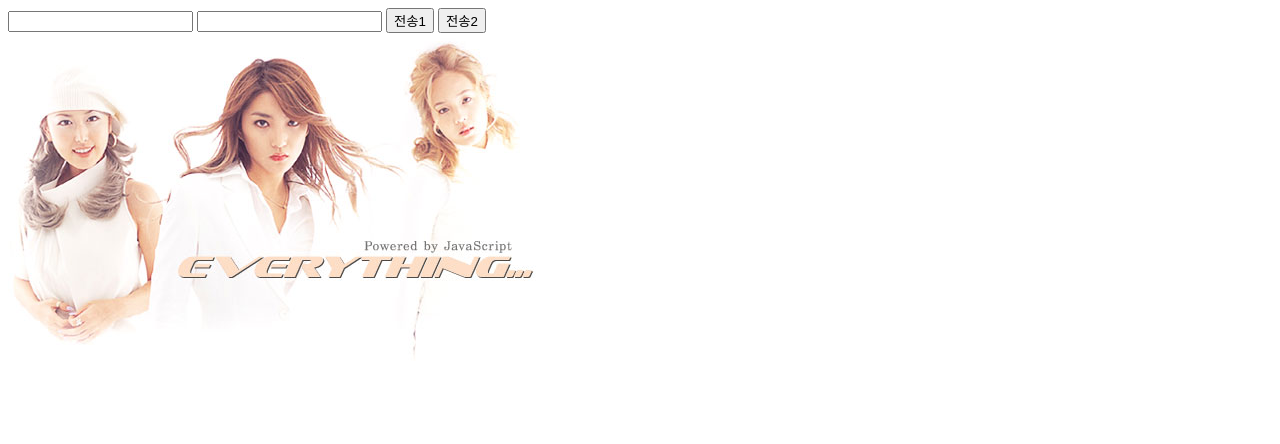
Repository: sonic247897/multicampus-web
Page: clientweb/WebContent/js_bom/js_event_test.html
These files come from the project's save history. The page is drawn as it stood at one moment and after the next save; the edit follows.
The browser window is 1280 px wide. The pictures show the whole page.

Above is the page before, as saved 2020-01-09 05:43:01.

### clientweb/WebContent/js_bom/js_event_test.html
<!DOCTYPE html>
<html>
<head>
	<meta charset="EUC-KR">
	<title>Insert title here</title>
	<script type="text/javascript">
		function calc(){
			num1 = parseInt(myform.num1.value); //getter
			myform.num2.value = num1 *1.2; 	//setter
		}
		function formexe(workingform){

		}
	</script>
</head>
<body onload="alert('페이지로딩')">
	<!-- submit버튼은 form에 한개밖에 못 만든다! -->
	<!-- submit버튼은 action의 백엔드 어플리케이션을 실행하면서 입력한 name value 모두를 서버로 전송한다. -->
	<form name="myform" action="test.jsp">
		<!-- 다른칸으로 이동해서 값이 변경된 것이 확정(인지)되었을 때 함수호출 -->
		<input type="text" name="num1" onchange="calc()">
		<input type="text" name="num2">
		<input type="button" value="전송1" onclick="">
		<!-- 서버작업을 2개 호출하고 싶을 때? 어쩔수없이 button쓰고 onclick-->
		<input type="submit" value="전송2">
	</form>
	<!-- 이미지가 객체로 쓰이려면 name이나 class나 id가 적용되어 있어야 한다. -->
	<img alt="" src="/clientweb/images/ses_g1.jpg" name="myimg"
				onmouseover="myimg.src= '/clientweb/images/ses_g2.jpg'"
				onmouseout="myimg.src= '/clientweb/images/ses_g1.jpg'">
</body>
</html>

After the next save:
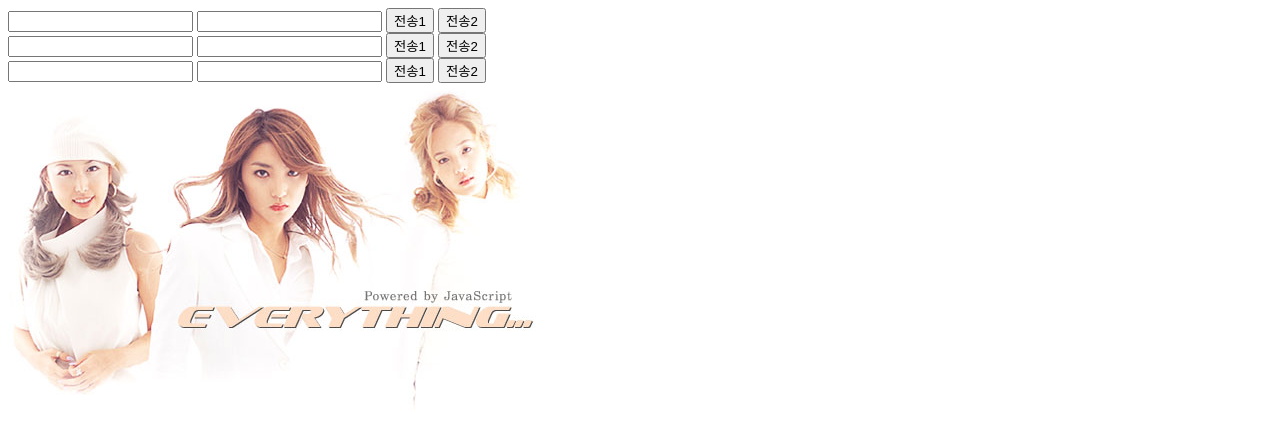
Saved 22 s later.
--- a/clientweb/WebContent/js_bom/js_event_test.html
+++ b/clientweb/WebContent/js_bom/js_event_test.html
@@ -24,6 +24,22 @@
 		<!-- 서버작업을 2개 호출하고 싶을 때? 어쩔수없이 button쓰고 onclick-->
 		<input type="submit" value="전송2">
 	</form>
+	<form name="myform" action="test.jsp">
+		<!-- 다른칸으로 이동해서 값이 변경된 것이 확정(인지)되었을 때 함수호출 -->
+		<input type="text" name="num1" onchange="calc()">
+		<input type="text" name="num2">
+		<input type="button" value="전송1" onclick="">
+		<!-- 서버작업을 2개 호출하고 싶을 때? 어쩔수없이 button쓰고 onclick-->
+		<input type="submit" value="전송2">
+	</form>
+	<form name="myform" action="test.jsp">
+		<!-- 다른칸으로 이동해서 값이 변경된 것이 확정(인지)되었을 때 함수호출 -->
+		<input type="text" name="num1" onchange="calc()">
+		<input type="text" name="num2">
+		<input type="button" value="전송1" onclick="">
+		<!-- 서버작업을 2개 호출하고 싶을 때? 어쩔수없이 button쓰고 onclick-->
+		<input type="submit" value="전송2">
+	</form>
 	<!-- 이미지가 객체로 쓰이려면 name이나 class나 id가 적용되어 있어야 한다. -->
 	<img alt="" src="/clientweb/images/ses_g1.jpg" name="myimg"
 				onmouseover="myimg.src= '/clientweb/images/ses_g2.jpg'"
